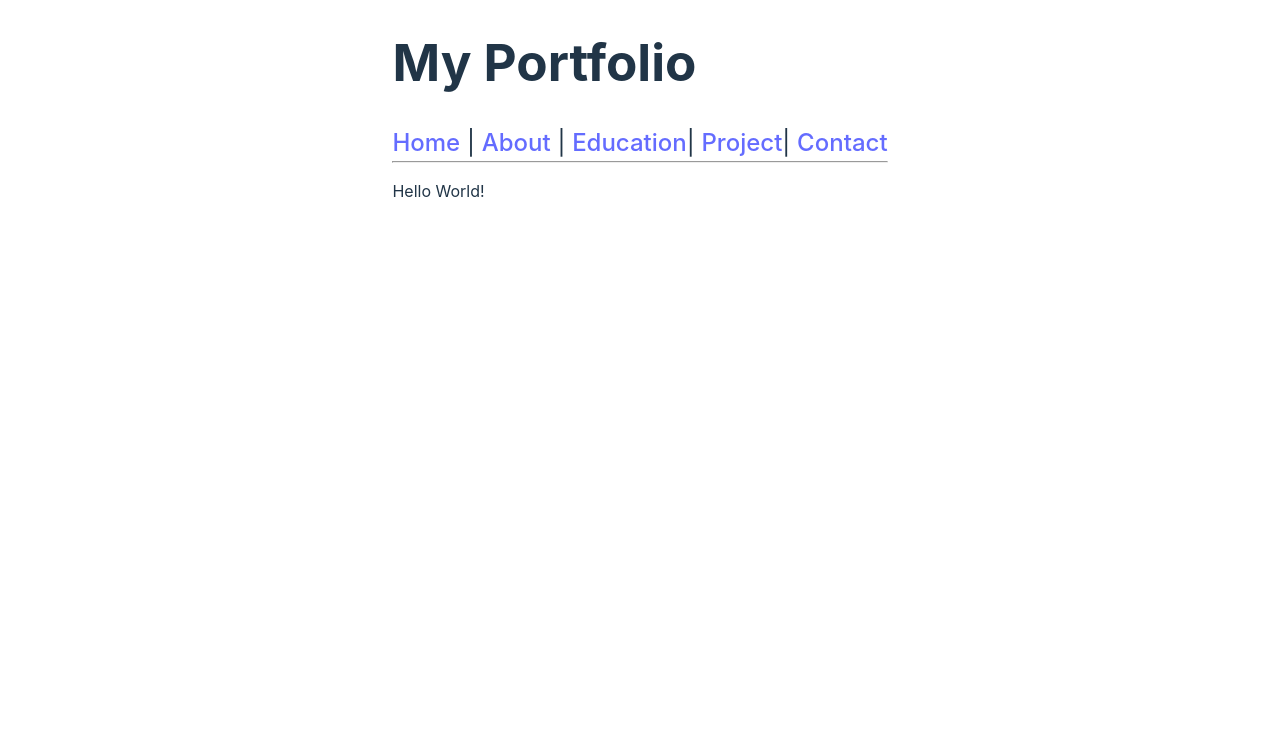
Repository: Viditv68/VIditRawat_Portfolio.github.io
Page: / (app in client/)
The author's editor kept a copy of each file at every save. The page is drawn from the files as they stood at one save, then again after the next save.
The browser window is 1280 px wide. The pictures show the whole page.
The project was rebuilt for these pictures with package versions that can differ from the ones it lists, and the page was loaded fresh each time. Also part of the build but not shown: client/vite.config.js, client/src/about.jsx, client/src/contact.jsx, client/src/education.jsx, client/src/project.jsx.

Above is the page before, as saved 2023-12-17 22:51:50.

### client/src/App.jsx
import React from 'react';
import { BrowserRouter as Router } from 'react-router-dom';
//import { ThemeProvider } from '@material-ui/styles';
import MainRouter from '../MainRouter';
//import Contact from './contact'
//import theme from '../theme';
//import { hot } from 'react-hot-loader'

const App = () => {
  return (
    <Router>

        <MainRouter />

    </Router>
  );
};

export default App;

### client/src/index.css
:root {
  font-family: Inter, system-ui, Avenir, Helvetica, Arial, sans-serif;
  line-height: 1.5;
  font-weight: 400;

  color-scheme: light dark;
  color: rgba(255, 255, 255, 0.87);
  background-color: #242424;

  font-synthesis: none;
  text-rendering: optimizeLegibility;
  -webkit-font-smoothing: antialiased;
  -moz-osx-font-smoothing: grayscale;
}

a {
  font-weight: 500;
  color: #646cff;
  text-decoration: inherit;
}
a:hover {
  color: #535bf2;
}

body {
  margin: 0;

  place-items: center;
  min-width: 320px;
  min-height: 100vh;
}

h1 {
  font-size: 3.2em;
  line-height: 1.1;
}

button {
  border-radius: 8px;
  border: 1px solid transparent;
  padding: 0.6em 1.2em;
  font-size: 1em;
  font-weight: 500;
  font-family: inherit;
  background-color: #1a1a1a;
  cursor: pointer;
  transition: border-color 0.25s;
}
button:hover {
  border-color: #646cff;
}
button:focus,
button:focus-visible {
  outline: 4px auto -webkit-focus-ring-color;
}

@media (prefers-color-scheme: light) {
  :root {
    color: #213547;
    background-color: #ffffff;
  }
  a:hover {
    color: #747bff;
  }
  button {
    background-color: #f9f9f9;
  }
}

nav {
float:right;
font-size:x-large;

}

hr{
  color:red;
  width:
}

### client/MainRouter.jsx
import React from 'react'
import { Route, Routes } from 'react-router-dom'
import Home from './components/Home'
import About from './src/about'
import Contact from './src/contact'
import Education from './src/education'
import Project from './src/project'
import Layout from './components/layout'

const MainRouter = () => {
        return (<div>
                <Layout/>
                <Routes>

                        <Route exact path="/" element={<Home />} />
                        <Route exact path="/about" element={<About />} />
                        <Route exact path="/education" element={<Education />} />
                        <Route exact path="/project" element={<Project />} />
                        <Route exact path="/contact" element={<Contact />} />

                </Routes>
        </div>
        )
}
export default MainRouter

### client/components/Home.jsx
export default function Home() {
    return <p>Hello World!</p>
  }

### client/components/layout.jsx
import React from 'react';
import { Link } from 'react-router-dom';

export default function Layout() {
  return (
    <>
      <h1>My Portfolio</h1>
      <nav>
        <Link to="/">Home</Link> | <Link to="/about">About</Link> | <Link to="/education">Education</Link>| <Link to="/project">Project</Link>| <Link to="/contact">Contact</Link>
      </nav>
         <br/>
      <hr />

    </>

  );
}

Loaded but not shown: client/index.html (common file); client/src/main.jsx (common file)

After the next save:
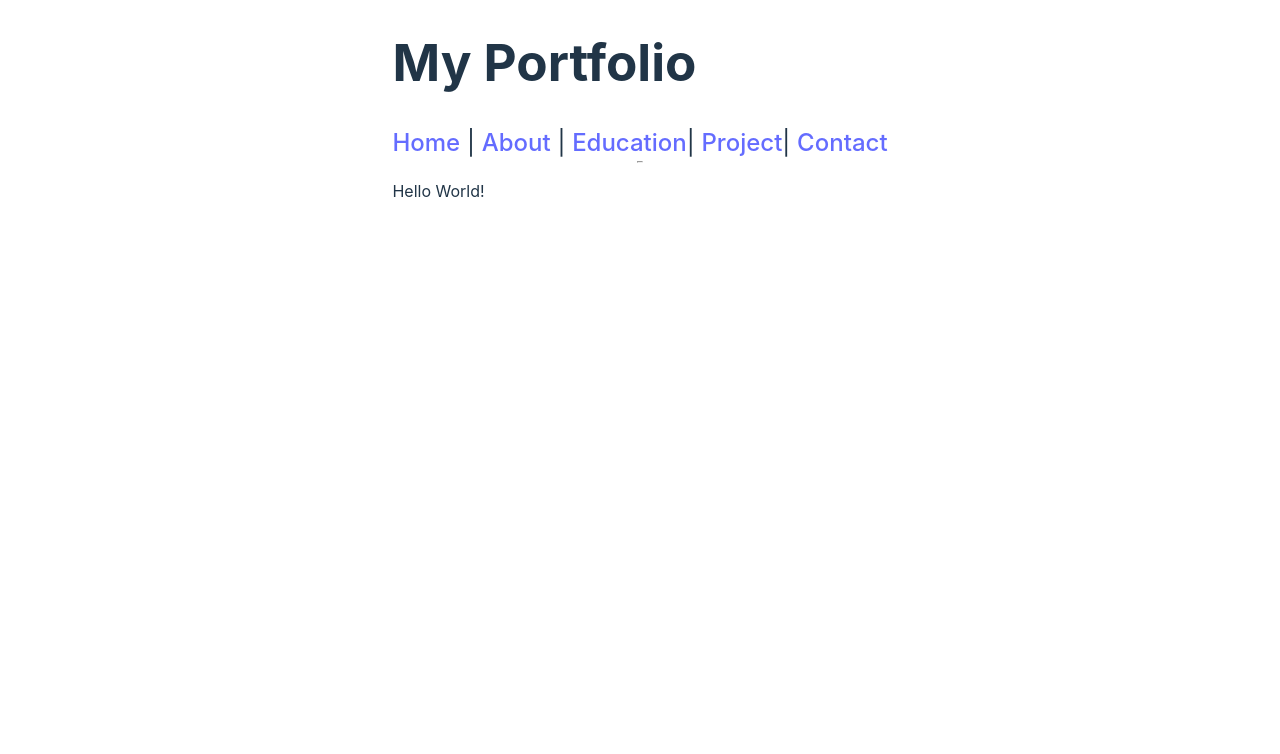
Saved 6 s later.
--- a/client/src/index.css
+++ b/client/src/index.css
@@ -75,5 +75,5 @@
 
 hr{
   color:red;
-  width:
+  width:4px;
 }

After the save that followed:
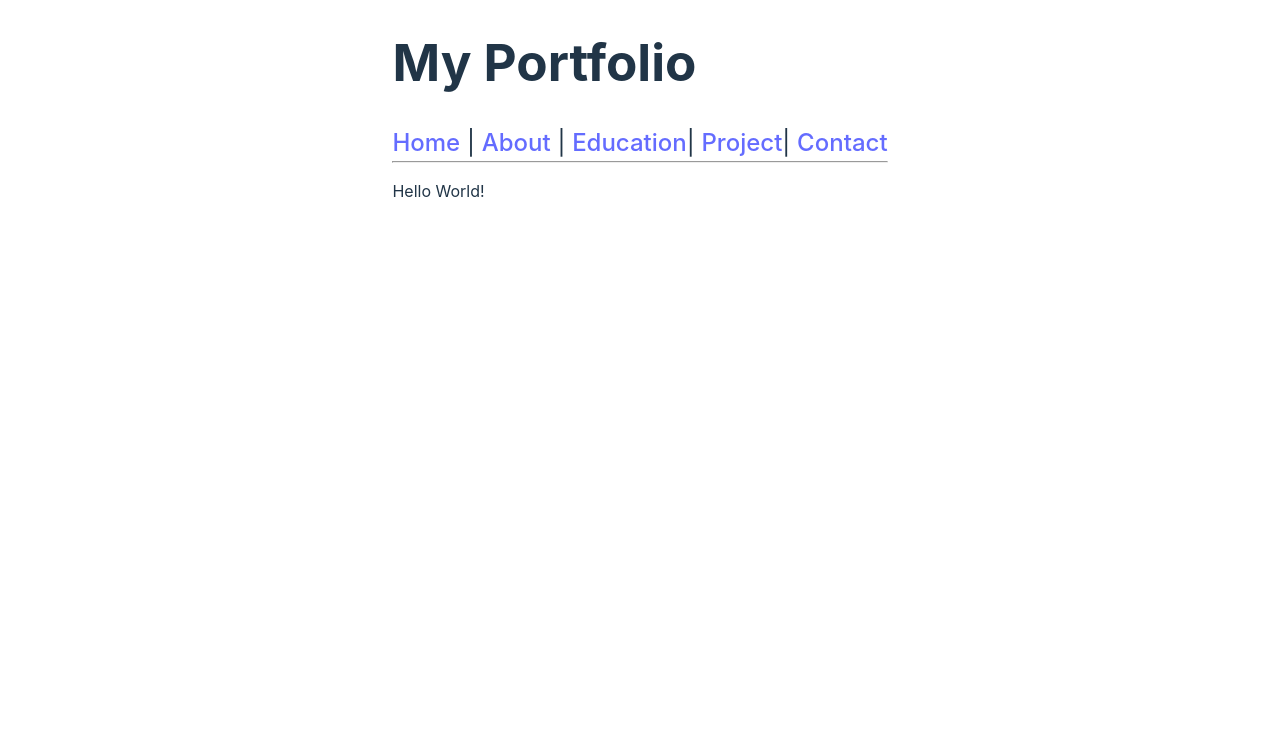
Saved 18 s later.
--- a/client/src/index.css
+++ b/client/src/index.css
@@ -75,5 +75,5 @@
 
 hr{
   color:red;
-  width:4px;
+
 }
